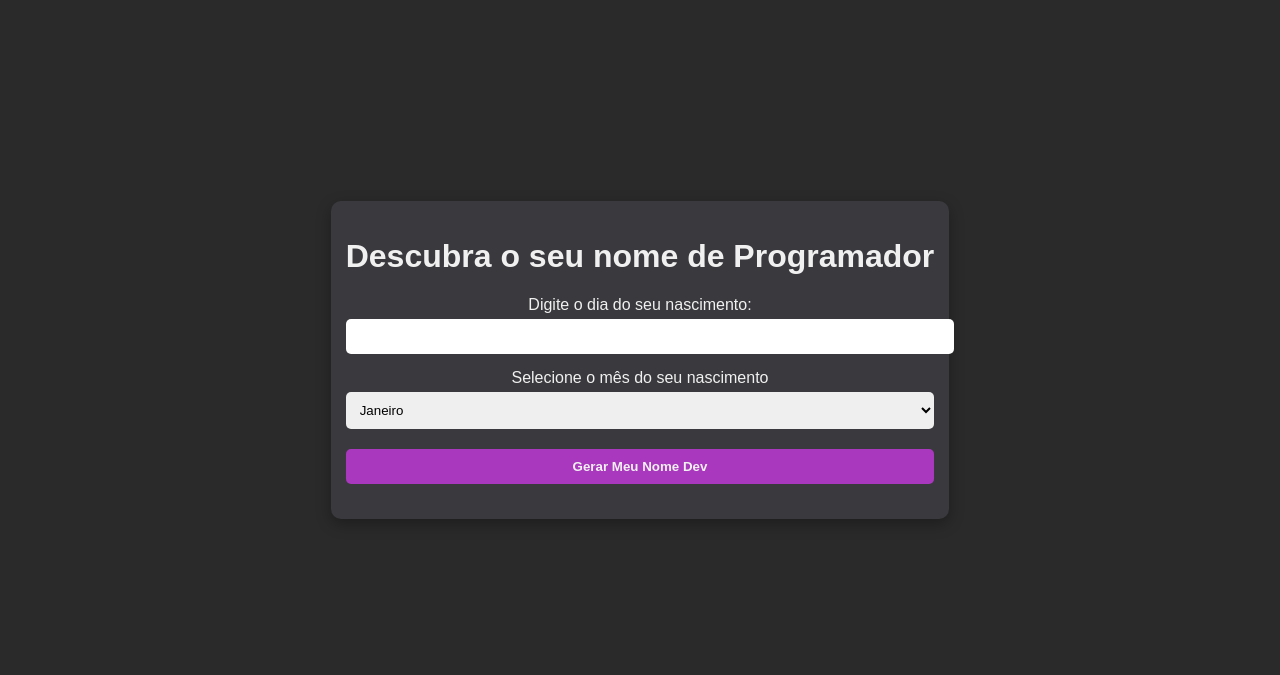
Repository: analessp/seu-nome-dev
Page: index.html
An editor plug-in stored every save of this project. The page is shown before and after the next save, followed by the edit.
The browser window is 1280 px wide. The pictures show the whole page.

Above is the page before, as saved 2025-05-13 11:23:12.

### index.html
<!DOCTYPE html>
<html lang="pt-BR">
<head>
    <meta charset="UTF-8">
    <meta name="viewport" content="width=device-width, initial-scale=1.0">
    <title>Seu Nome Dev</title>
    <link rel="stylesheet" href="styles.css">
</head>
<body>
    <div class="container">
        <h1>Descubra o seu nome de Programador</h1>
        <div class="form-group">
            <label for="dia">Digite o dia do seu nascimento:</label>
            <input type="number" id="dia" min="1" max="31">
        </div>
        <div class="form-group">
            <label for="mes">Selecione o mês do seu nascimento</label>
            <select id="mes">
                <option value="1">Janeiro</option>
                <option value="2">Fevereiro</option>
                <option value="3">Março</option>
                <option value="4">Abril</option>
                <option value="5">Maio</option>
                <option value="6">Junho</option>
                <option value="7">Julho</option>
                <option value="8">Agosto</option>
                <option value="9">Setembro</option>
                <option value="10">Outubro</option>
                <option value="11">Novembro</option>
                <option value="12">Dezembro</option>
            </select>
        </div>
        <button onclick="gerarNomeDev()">Gerar Meu Nome Dev</button>
        <div class="resultado" id="resultado"></div>
    </div>
    <script src="app.js"></script>
</body>
</html>

### styles.css
body {
    background-color: #2a2a2a;
    color: #f0f0f0;
    font-family: "Nunito", sans-serif;
    display: flex;
    justify-content: center;
    align-items: center;
    height: 100vh;
    margin: 0;
}

.container {
    background-color: #3a3a3e;
    padding: 15px;
    width: ;
    border-radius: 10px;
    box-shadow: 0px 5px 15px rgba(0, 0, 0, 0.3);
    text-align: center;
}

.form-group {
    margin-bottom: 15px;
}

input, select, button {
    cursor: pointer;
    padding: 10px;
    margin-top: 5px;
    width: 100%;
    border-radius: 5px;
    border: none;
    outline: none;
}

button {
    background-color: #aa38be;
    color: #f0f0f0;
    font-weight: bold;
    transition: background-color 0.3s;
}

button:hover {
    background-color: #e27cd3;
}

.resultado {
    margin-top: 20px;
    font-size: 1.2rem;
    font-weight: bold;
    color: #8b14c7;
}

### app.js
function gerarNomeDev() {
    const dia = parseInt(document.getElementById("dia").value);
    const mes = parseInt(document.getElementById("mes").value);
    const resultado = document.getElementById("resultado");

    if (isNaN(dia) || dia < 1 || dia > 31) {
        resultado.textContent = "Insira um dia válido.";
        return;
    }

    const títulos = {
    1: "Desenvolvedor(a)",
    2: "Desenvolvedor(a)",
    3: "Programador(a)",
    4: "Programador(a)",
    5: "Programador(a)",
    6: "Estagiário(a)",
    7: "Estagiário(a)",
    8: "EEstagiário(a)",
    9: "Sênior",
    0: "Sênior",
};

const meses = {
    1: "bugado(a)",
    2: "do CTRL C, CTRL V",
    3: "das gambiarras",
    4: "que culpa o cache",
    5: "que esquece o que faz",
    6: "do git vazio",
    7: "das try/ catch vazia",
    8: "famosinho do LinkedIn",
    9: "caçador de bugs",
    10: "do Windows Pirata",
    11: "do update sem where",
    12: "do commit bugado",
};

const ultimoDigito = dia % 10;
const titulo = títulos[ultimoDigito];
const mesTexto = meses[mes];

resultado.textContent = `${titulo} ${mesTexto}`;

}

After the next save:
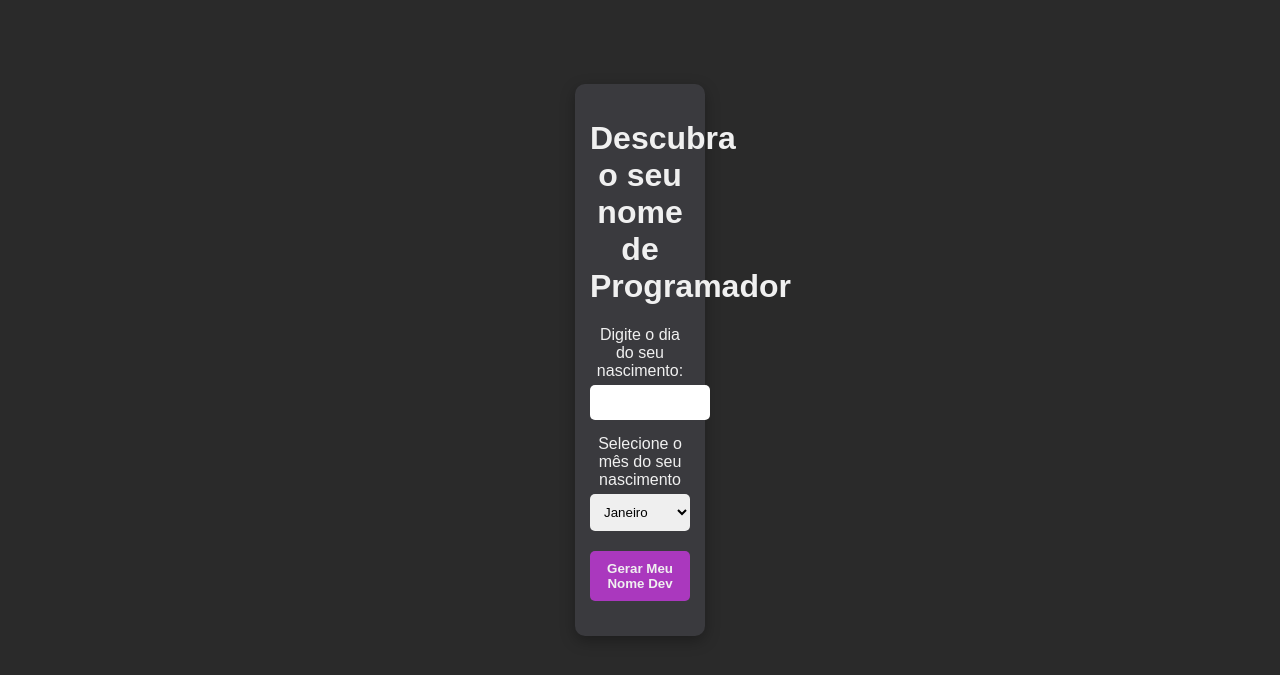
Saved 6 s later.
--- a/styles.css
+++ b/styles.css
@@ -12,7 +12,7 @@
 .container {
     background-color: #3a3a3e;
     padding: 15px;
-    width: ;
+    width: 100px;
     border-radius: 10px;
     box-shadow: 0px 5px 15px rgba(0, 0, 0, 0.3);
     text-align: center;

After the save that followed:
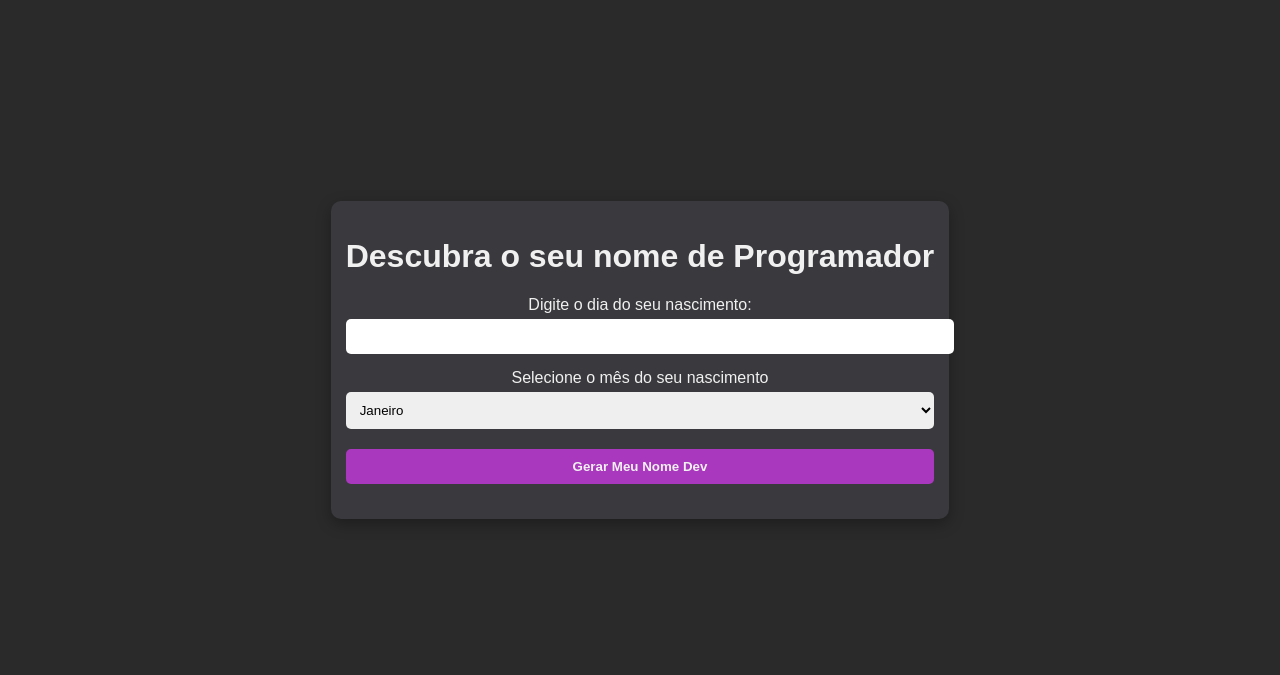
Saved 10 s later.
--- a/styles.css
+++ b/styles.css
@@ -12,7 +12,6 @@
 .container {
     background-color: #3a3a3e;
     padding: 15px;
-    width: 100px;
     border-radius: 10px;
     box-shadow: 0px 5px 15px rgba(0, 0, 0, 0.3);
     text-align: center;
